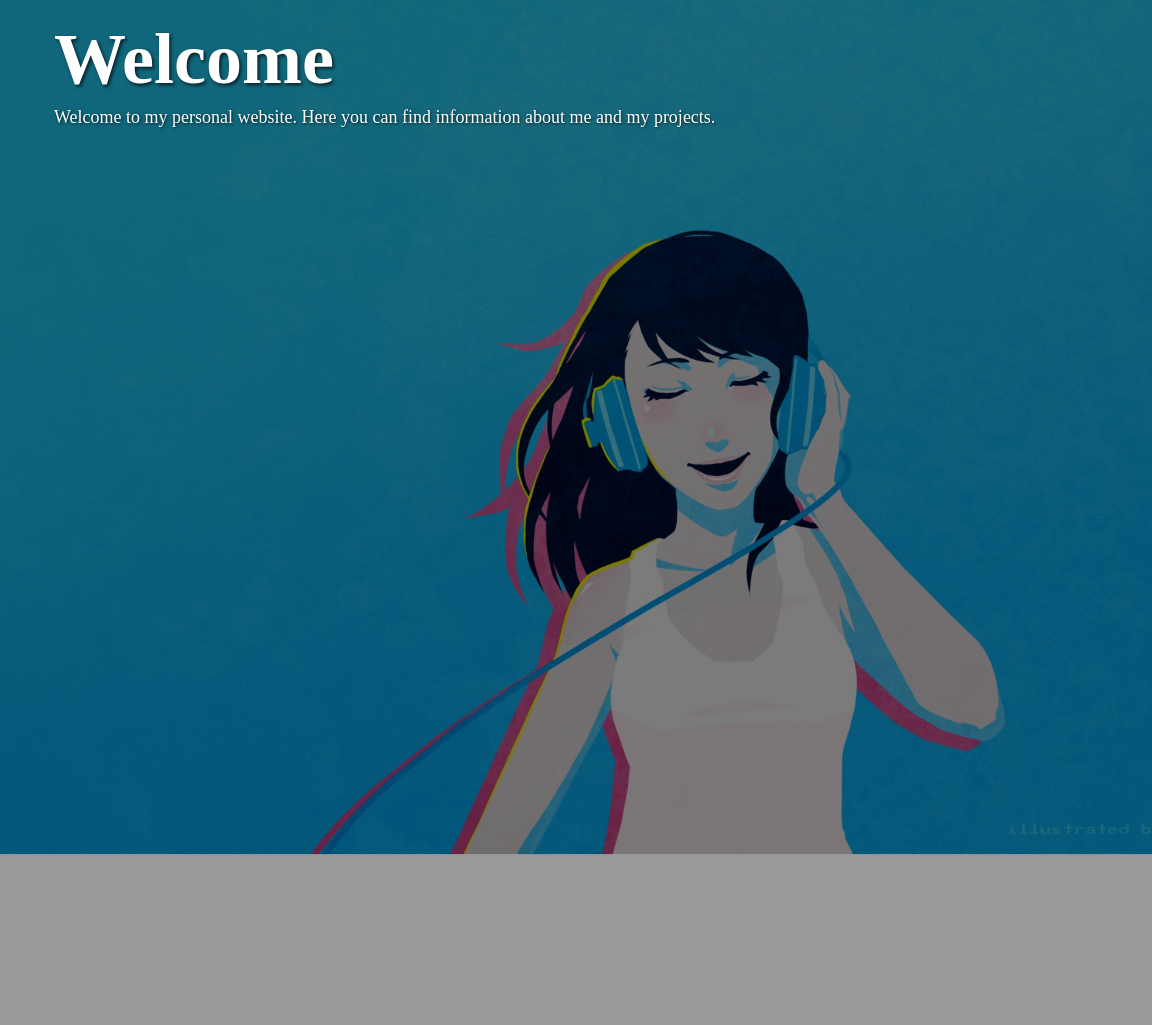
Repository: cydxf/cydxf.github.io
Page: index.html
An editor plug-in stored every save of this project. The page is shown before and after the next save, followed by the edit.
The browser window is 1280 px wide. The pictures show the whole page, at 90% of full size.

Above is the page before, as saved 2024-08-02 02:08:18.

### index.html
<!DOCTYPE html>
<html lang="en">
<head>
    <meta charset="UTF-8">
    <meta name="viewport" content="width=device-width, initial-scale=1.0">
    <title>My Personal Website</title>
    <link rel="stylesheet" href="css/styles.css">
</head>
<body>
    <main>
        <section id="home" class="hero">
            <div class="hero-content">
                <h1>Welcome</h1>
                <p>Welcome to my personal website. Here you can find information about me and my projects.</p>
            </div>
        </section>
        <section id="about">
            <h2>About Me</h2>
            <p>This is the about section where you can find more information about me.</p>
        </section>
        <section id="projects">
            <h2>Projects</h2>
            <p>Here are some of my recent projects.</p>
            <ul>
                <li>Project 1</li>
                <li>Project 2</li>
                <li>Project 3</li>
            </ul>
        </section>
        <section id="contact">
            <h2>Contact</h2>
            <p>If you want to get in touch, please contact me via email.</p>
        </section>
    </main>
    <footer>
        <p>&copy; 2024 Huang Jiaxi</p>
    </footer>
    <script src="js/script.js"></script>
    </head>
</body>
</html>

### css/styles.css
body, html {
    margin: 0;
    padding: 0;
    height: 100%;
    width: 100%;
}

.hero {
    position: absolute;
    width: 100%;
    height: 131.8vh; /* Viewport height */
    left: 0;
    top: 0;
    background-image: url('../resource/image/shigiChannelArt_clean.jpg'); /* 首页大图  */
    background-size: cover;
    background-position: center;
    background-repeat: no-repeat;
    color: #fff;
    display: flex;
    justify-content: flex-start;
    align-items: flex-start;
    text-align: left;
}

.hero:before{
    content: '';
    position: absolute;
    top: 0;
    left: 0;
    width: 100%;
    height: 120%;
    background: rgba(0, 0, 0, 0.4);
    z-index: 1;
}

.hero-content {
    position: relative;
    z-index: 2;
    padding: 20px;
    margin-left: 40px;
}

.hero h1 {
    font-size: 5rem; /* 适当调整标题字体大小 */
    margin: 0;
    padding: 0;
    text-shadow: 2px 2px 4px rgba(0, 0, 0, 0.7); /* 添加文本阴影使其更清晰 */
}

.hero p {
    font-size: 1.25rem; /* 适当调整副标题字体大小 */
    margin-top: 0.5rem;
    text-shadow: 1px 1px 3px rgba(0, 0, 0, 0.7); /* 添加文本阴影使其更清晰 */
}

### js/script.js
document.addEventListener("DOMContentLoaded", function() {
    const links = document.querySelectorAll("nav ul li a");

    links.forEach(link => {
        link.addEventListener("click", function(event) {
            event.preventDefault();
            const targetId = this.getAttribute("href").substring(1);
            const targetSection = document.getElementById(targetId);
            window.scrollTo({
                top: targetSection.offsetTop,
                behavior: "smooth"
            });
        });
    });
});

After the next save:
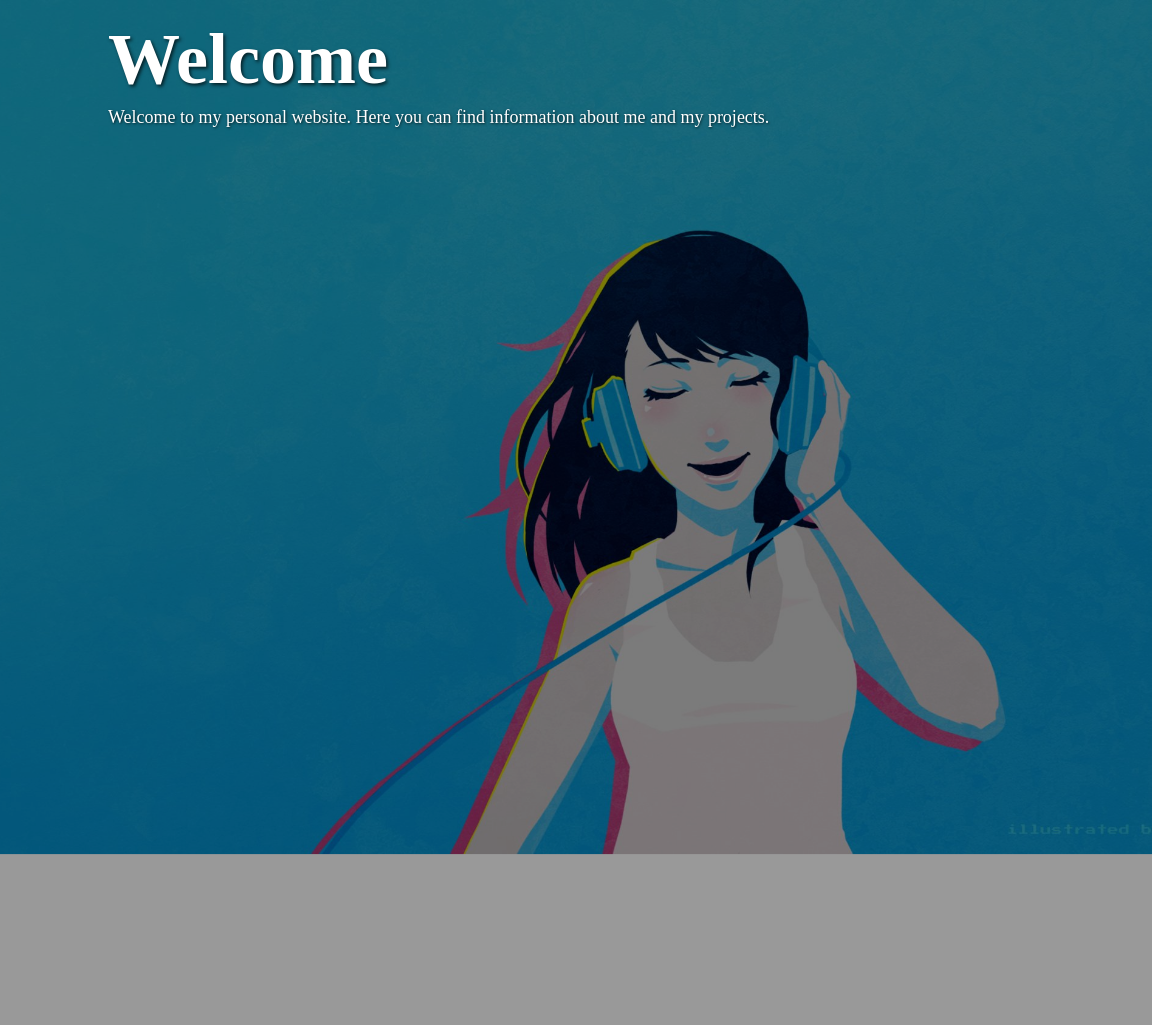
Saved 11 s later.
--- a/css/styles.css
+++ b/css/styles.css
@@ -37,7 +37,7 @@ body, html {
     position: relative;
     z-index: 2;
     padding: 20px;
-    margin-left: 40px;
+    margin-left: 100px;
 }
 
 .hero h1 {
